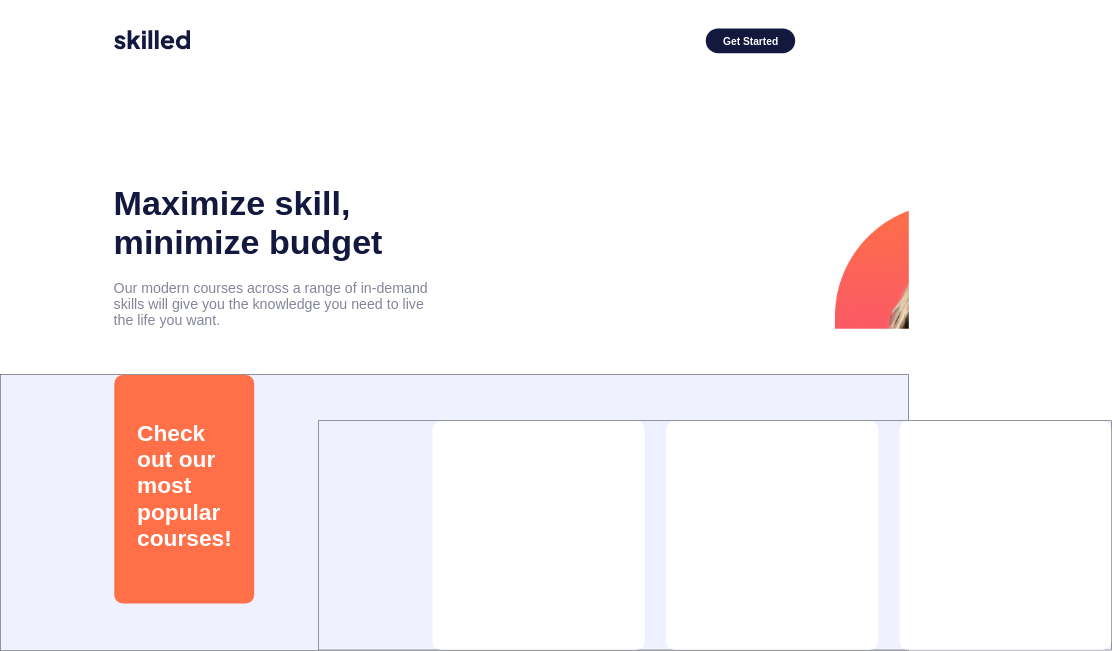
Repository: exe-walt/E-Learning-Landing-Page
Page: index.html
The author's editor kept a copy of each file at every save. The page is drawn from the files as they stood at one save, then again after the next save.
The browser window is 1280 px wide. The page is 1566 px wide, then 1280 px, so the pictures cover 1566 px, including what lies to the right of the window. The pictures show the whole page, at 71% of full size.
Some web fonts or font styles are not loaded; a fallback is used.

Above is the page before, as saved 2025-05-28 14:26:29.

After the next save:
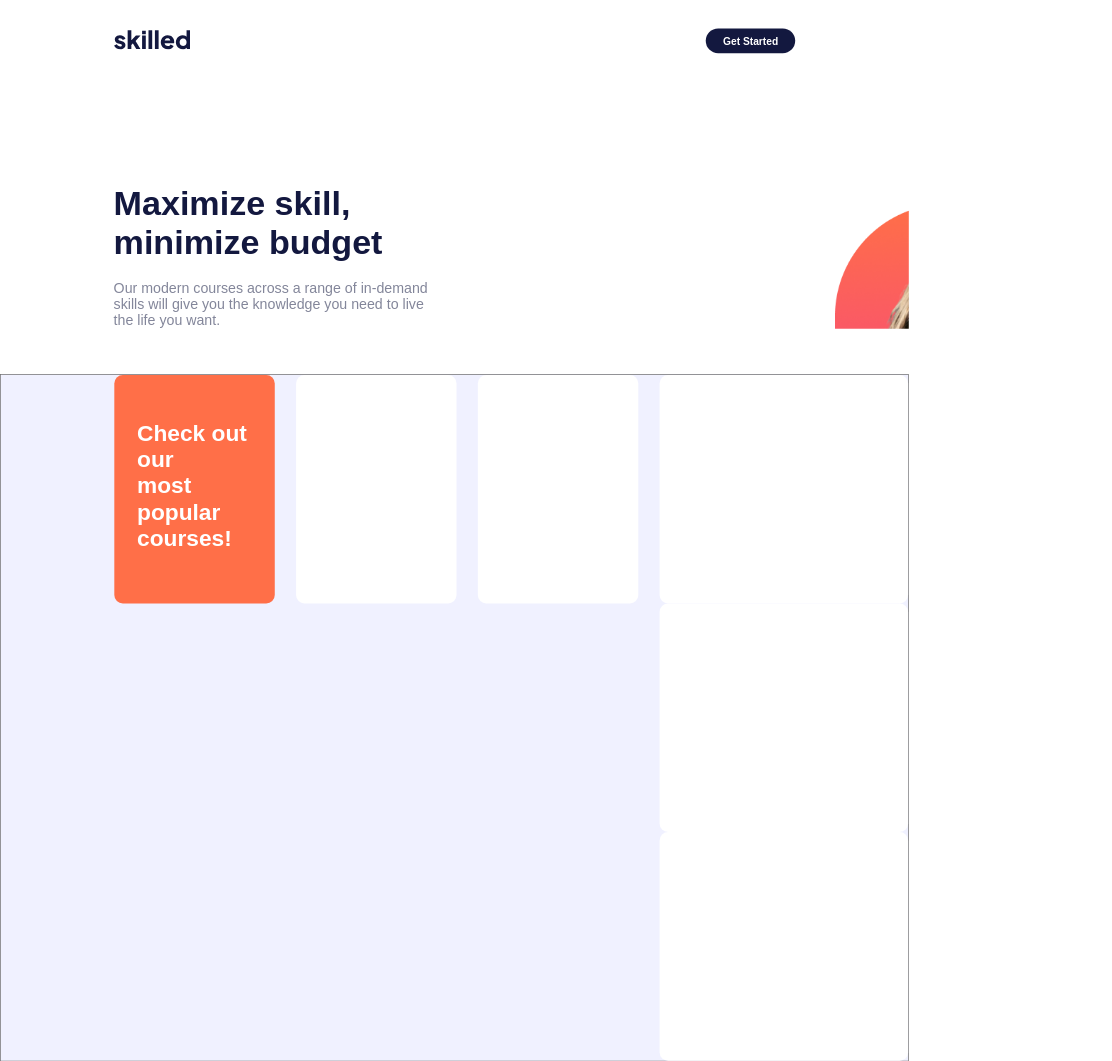
Saved 8 s later.
--- a/css/style.css
+++ b/css/style.css
@@ -96,17 +96,6 @@ body {
   background-color: #F0F1FF; /* apply this gradient (#FFFFFF - #F0F1FF) */ /*Gradient direction is from top to bottom*/
 }
 
-.cc2{
-  display: flex;
-  gap: 30px;
-  max-width: 100%;
-  width: 100%;
-  height: auto;
-  border: 1px solid #6d6d6d;
-  padding-left: 10em;
-  margin-top: 4em;;
-  background-color: #F0F1FF; /* apply this gradient (#FFFFFF - #F0F1FF) */ /*Gradient direction is from top to bottom*/
-}
 
 .main-left{
   width: 350px;
